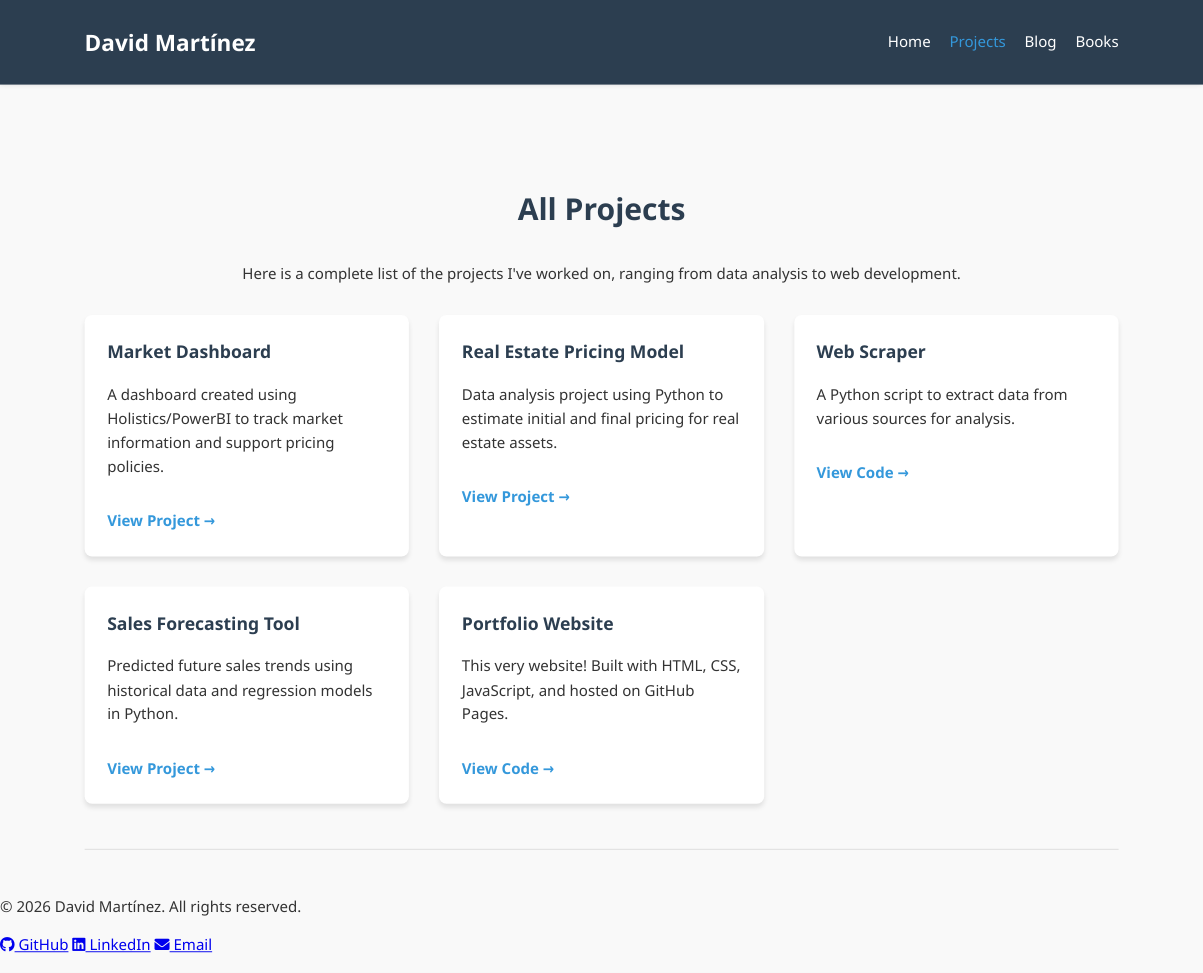
Repository: davidsmv/davidsmv.github.io
Page: projects.html
These files come from the project's save history. The page is drawn as it stood at one moment and after the next save; the edit follows.
The browser window is 1280 px wide. The pictures show the whole page, at 94% of full size.

Above is the page before, as saved 2026-01-19 17:19:32.

After the next save:
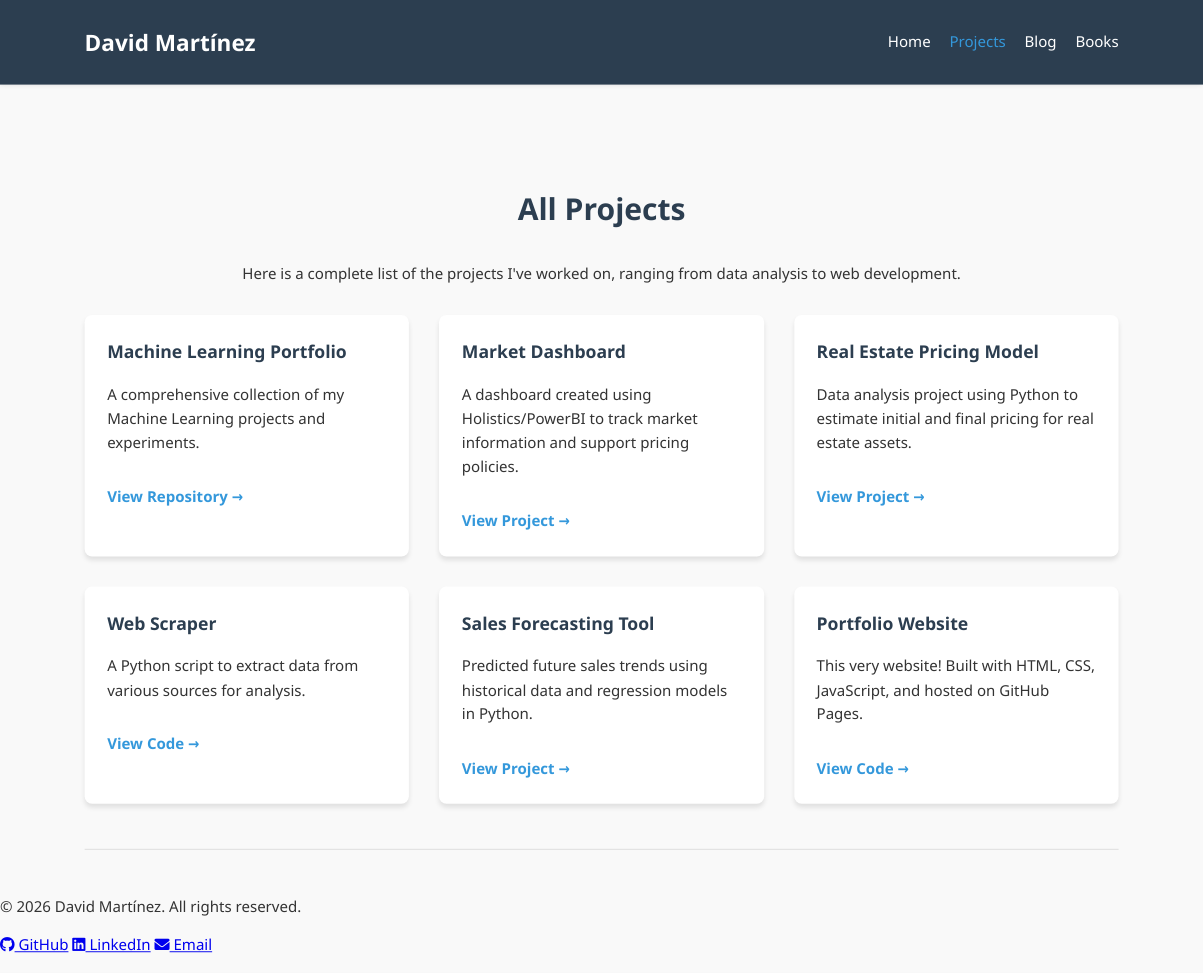
Saved 4 s later.
--- a/data/projects.js
+++ b/data/projects.js
@@ -1,4 +1,11 @@
 const projectsData = [
+    {
+        title: "Machine Learning Portfolio",
+        description: "A comprehensive collection of my Machine Learning projects and experiments.",
+        link: "https://github.com/davidsmv/MachineLearningPortfolio",
+        linkText: "View Repository",
+        readmeUrl: "https://raw.githubusercontent.com/davidsmv/MachineLearningPortfolio/main/README.md"
+    },
     {
         title: "Market Dashboard",
         description: "A dashboard created using Holistics/PowerBI to track market information and support pricing policies.",
